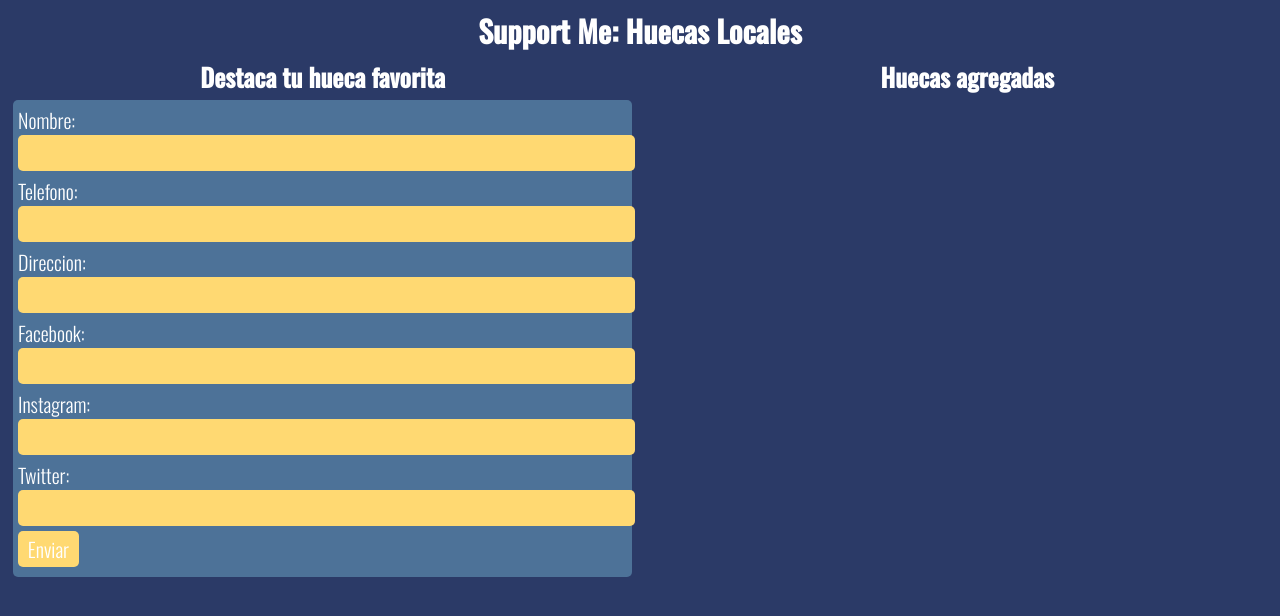
Repository: renzopachecoj/huecas-website
Page: index.html
These files come from the project's save history. The page is drawn as it stood at one moment and after the next save; the edit follows.
The browser window is 1280 px wide. The pictures show the whole page.

Above is the page before, as saved 2020-08-01 15:28:53.

After the next save:
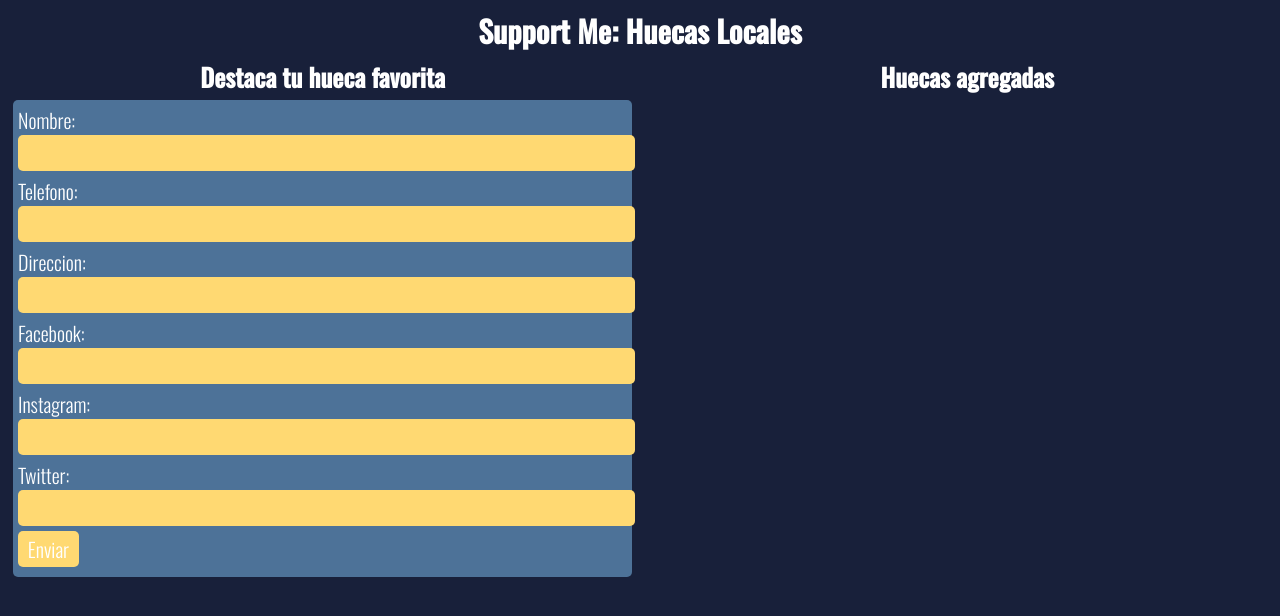
Saved 44 s later.
--- a/styles.css
+++ b/styles.css
@@ -7,7 +7,7 @@
     color: #fff;
 }
 body{
-    background-color: #2B3A67;
+    background-color: #18203a;
 }
 h1{
     font-size: 30px;
